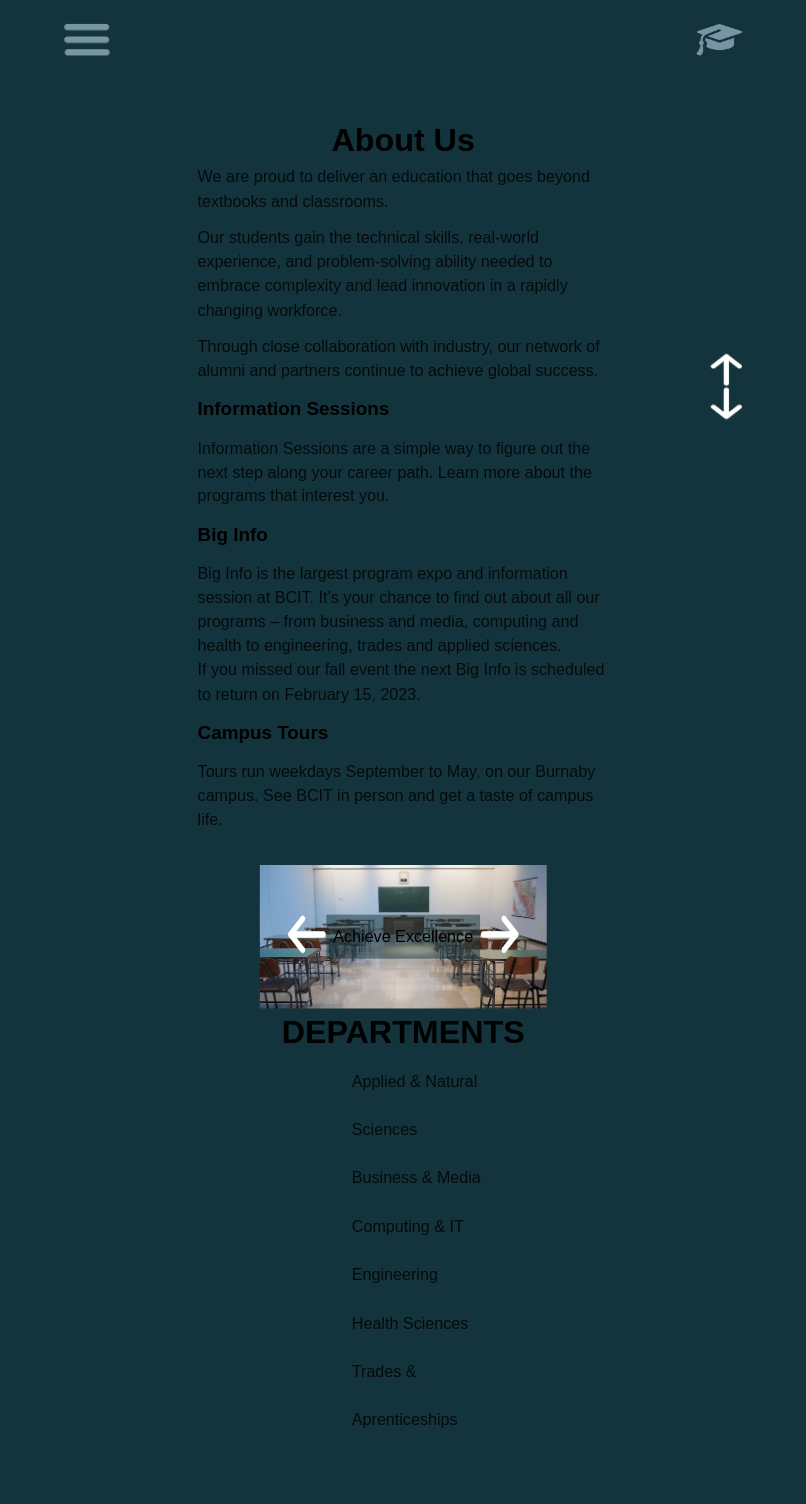
Repository: Kinakopan/playwright_bcit
Page: /about
These files come from the project's save history. The page is drawn as it stood at one moment and after the next save; the edit follows.
The browser window is 1280 px wide. The pictures show the whole page, at 63% of full size.
Some web fonts or font styles are not loaded; a fallback is used. The project was rebuilt for these pictures with package versions that can differ from the ones it lists, and the page was loaded fresh each time. The framework's server and built-in components were replaced by stand-ins that run in the browser. Also part of the build but not shown: next.config.js.

Above is the page before, as saved 2023-01-28 14:54:39.

### pages/_app.js
// import '@/styles/globals.css'
import '../styles/globals.css'
import '../styles/variables.css'
import Head from 'next/head'

export default function App({ Component, pageProps }) {
  return (
    <>
      <Head>
        <title>Example #1</title>
        <meta name="description" content="Generated by create next app" />
        <meta name="viewport" content="width=device-width, initial-scale=1" />
        <link href="https://fonts.googleapis.com/css2?family=Myriad+Pro:wght@100;400;700&display=swap" rel="stylesheet" />
        <link rel="icon" href="/favicon.ico" />
      </Head>
      <Component {...pageProps} />
    </>
  )
}

### pages/about.js
import styles from "@/styles/Home.module.css";
import Arrow from "/components/arrow";
import Navbar from "/components/navbar";
import HeadingLine from "/components/headingLine";
import MyCarousel from "/components/carousel";
import { Inter } from "@next/font/google";

const inter = Inter({ subsets: ["latin"] });

export default function About() {
  return (
    <>
      <div className={`${styles.body} ${styles.body_about}`}>
        <div className={styles.wrapper}>
          <Navbar />

          {/* Main contents under nav bar */}
          <main className={styles.main}>
            {/* About Us */}
            {/* <h1 className={styles.text_heading1}>About Us</h1> */}

            {/* <HeadingLine headingText="About Us"/> */}
            <HeadingLine headingText="About Us" headingTag="h1" />


            <div className={`${styles.cont_section} ${styles.cont_section1}`}>
              <p className={styles.text_body}>
                We are proud to deliver an education that goes beyond textbooks
                and classrooms.
              </p>

              <p className={styles.text_body}>
                Our students gain the technical skills, real-world experience,
                and problem-solving ability needed to embrace complexity and
                lead innovation in a rapidly changing workforce.
              </p>

              <p className={styles.text_body}>
                Through close collaboration with industry, our network of alumni
                and partners continue to achieve global success.
              </p>

              <h3 className={styles.text_heading2}>Information Sessions</h3>

              <p className={styles.text_body}>
                Information Sessions are a simple way to figure out the next
                step along your career path. Learn more about the programs that
                interest you.
              </p>

              <h3 className={styles.text_heading2}>Big Info</h3>

              <p className={styles.text_body}>
                Big Info is the largest program expo and information session at
                BCIT. It’s your chance to find out about all our programs – from
                business and media, computing and health to engineering, trades
                and applied sciences.
                <br />
                If you missed our fall event the next Big Info is scheduled to
                return on February 15, 2023.
              </p>

              <h3 className={styles.text_heading2}>Campus Tours</h3>

              <p className={styles.text_body}>
                Tours run weekdays September to May, on our Burnaby campus. See
                BCIT in person and get a taste of campus life.
              </p>

              <MyCarousel/>
            </div>

            {/* DEPARTMENTS */}
            <HeadingLine headingText="DEPARTMENTS"/>

            <div className={`${styles.cont_section} ${styles.cont_section2}`}>
              <ul className={styles.box_list}>
                <li>Applied & Natural Sciences</li>
                <li>Business & Media</li>
                <li>Computing & IT</li>
                <li>Engineering</li>
                <li>Health Sciences</li>
                <li>Trades & Aprenticeships</li>
              </ul>
            </div>
          </main>

          <Arrow/>
        </div>
      </div>
    </>
  );
}

### styles/variables.css
:root {
  --primary-color: |#fff;
  --secondary-color: #F4D6B9;
  --ternary-color: #7796A4;
  --quaternary-color: #14343D;
  --quinary-color: rgba(16,46,53,0.5);
}

### styles/Home.module.css
@import '/styles/variables.css';

.main {
  display: flex;
  flex-direction: column;
  justify-content: space-between;
  align-items: center;
  padding: 6rem;
  min-height: 100vh;
}

.description {
  display: inherit;
  justify-content: inherit;
  align-items: inherit;
  font-size: 0.85rem;
  max-width: var(--max-width);
  width: 100%;
  z-index: 2;
  font-family: var(--font-mono);
}

.description a {
  display: flex;
  justify-content: center;
  align-items: center;
  gap: 0.5rem;
}

.description p {
  position: relative;
  margin: 0;
  padding: 1rem;
  background-color: rgba(var(--callout-rgb), 0.5);
  border: 1px solid rgba(var(--callout-border-rgb), 0.3);
  border-radius: var(--border-radius);
}

.code {
  font-weight: 700;
  font-family: var(--font-mono);
}

.grid {
  display: grid;
  grid-template-columns: repeat(4, minmax(25%, auto));
  width: var(--max-width);
  max-width: 100%;
}

.card {
  padding: 1rem 1.2rem;
  border-radius: var(--border-radius);
  background: rgba(var(--card-rgb), 0);
  border: 1px solid rgba(var(--card-border-rgb), 0);
  transition: background 200ms, border 200ms;
}

.card span {
  display: inline-block;
  transition: transform 200ms;
}

.card h2 {
  font-weight: 600;
  margin-bottom: 0.7rem;
}

.card p {
  margin: 0;
  opacity: 0.6;
  font-size: 0.9rem;
  line-height: 1.5;
  max-width: 30ch;
}

.center {
  display: flex;
  justify-content: center;
  align-items: center;
  position: relative;
  padding: 4rem 0;
}

.center::before {
  background: var(--secondary-glow);
  border-radius: 50%;
  width: 480px;
  height: 360px;
  margin-left: -400px;
}

.center::after {
  background: var(--primary-glow);
  width: 240px;
  height: 180px;
  z-index: -1;
}

.center::before,
.center::after {
  content: '';
  left: 50%;
  position: absolute;
  filter: blur(45px);
  transform: translateZ(0);
}

.logo,
.thirteen {
  position: relative;
}

.thirteen {
  display: flex;
  justify-content: center;
  align-items: center;
  width: 75px;
  height: 75px;
  padding: 25px 10px;
  margin-left: 16px;
  transform: translateZ(0);
  border-radius: var(--border-radius);
  overflow: hidden;
  box-shadow: 0px 2px 8px -1px #0000001a;
}

.thirteen::before,
.thirteen::after {
  content: '';
  position: absolute;
  z-index: -1;
}

/* Conic Gradient Animation */
.thirteen::before {
  animation: 6s rotate linear infinite;
  width: 200%;
  height: 200%;
  background: var(--tile-border);
}

/* Inner Square */
.thirteen::after {
  inset: 0;
  padding: 1px;
  border-radius: var(--border-radius);
  background: linear-gradient(
    to bottom right,
    rgba(var(--tile-start-rgb), 1),
    rgba(var(--tile-end-rgb), 1)
  );
  background-clip: content-box;
}

/* Enable hover only on non-touch devices */
@media (hover: hover) and (pointer: fine) {
  .card:hover {
    background: rgba(var(--card-rgb), 0.1);
    border: 1px solid rgba(var(--card-border-rgb), 0.15);
  }

  .card:hover span {
    transform: translateX(4px);
  }
}

@media (prefers-reduced-motion) {
  .thirteen::before {
    animation: none;
  }

  .card:hover span {
    transform: none;
  }
}

/* Mobile */
@media (max-width: 700px) {
  .content {
    padding: 4rem;
  }

  .grid {
    grid-template-columns: 1fr;
    margin-bottom: 120px;
    max-width: 320px;
    text-align: center;
  }

  .card {
    padding: 1rem 2.5rem;
  }

  .card h2 {
    margin-bottom: 0.5rem;
  }

  .center {
    padding: 8rem 0 6rem;
  }

  .center::before {
    transform: none;
    height: 300px;
  }

  .description {
    font-size: 0.8rem;
  }

  .description a {
    padding: 1rem;
  }

  .description p,
  .description div {
    display: flex;
    justify-content: center;
    position: fixed;
    width: 100%;
  }

  .description p {
    align-items: center;
    inset: 0 0 auto;
    padding: 2rem 1rem 1.4rem;
    border-radius: 0;
    border: none;
    border-bottom: 1px solid rgba(var(--callout-border-rgb), 0.25);
    background: linear-gradient(
      to bottom,
      rgba(var(--background-start-rgb), 1),
      rgba(var(--callout-rgb), 0.5)
    );
    background-clip: padding-box;
    backdrop-filter: blur(24px);
  }

  .description div {
    align-items: flex-end;
    pointer-events: none;
    inset: auto 0 0;
    padding: 2rem;
    height: 200px;
    background: linear-gradient(
      to bottom,
      transparent 0%,
      rgb(var(--background-end-rgb)) 40%
    );
    z-index: 1;
  }
}

/* Tablet and Smaller Desktop */
@media (min-width: 701px) and (max-width: 1120px) {
  .grid {
    grid-template-columns: repeat(2, 50%);
  }
}

@media (prefers-color-scheme: dark) {
  .vercelLogo {
    filter: invert(1);
  }

  .logo,
  .thirteen img {
    filter: invert(1) drop-shadow(0 0 0.3rem #ffffff70);
  }
}

@keyframes rotate {
  from {
    transform: rotate(360deg);
  }
  to {
    transform: rotate(0deg);
  }
}



/*****************************
******************************
            AUTHOR
******************************
*****************************/

/*============================
    From here - Common Style
============================*/
/* From here - components/navbar.js */
.nav {
  display: flex;
  flex-direction: row;
  justify-content: space-between;
  width: 100%;
  padding: 3% 8% 0 8%;
}

.burgar,
.hat {
  width: fit-content;
}

/* From here - components/arrow.js */
.arrowBox {
  flex: 1;
  display: flex;
  flex-direction: column;
  justify-content: space-between;
  align-items: flex-end;
  position: fixed;
  width: fit-content;
  height: 12%;
  right: 8%;
  bottom: 10%;
}

.arrowBox * {
  background: transparent;
  border: none;
}

/* From here - general */
.body,
.wrapper {
  display: flex;
  flex-direction: column;
  width: 100vw;
}

.body {
  /* font-size: 62.5%; */
  background-size: cover;
  background-position: center;
  background-repeat: no-repeat;
  line-height: 1.5;
  font-family: 'Myriad Pro', sans-serif;
  font-weight: 100;
  text-align: left;
}

.wrapper {
  font-size: 1.6rem;
  background-size: cover;
}

.main {
  display: flex;
  width: 100%;
}

/*============================
    From here - Home Page
============================*/
.body_home {
  height: 100vh;
  overflow: hidden;
}

.body_home .main {
  flex-direction: row;
  justify-content: flex-start;
  align-items: flex-end;
  padding: 0 0 12% 21%;
}

.body_home .cont_main {
  display: flex;
  flex-direction: column;
  width: 48%;
}

.body_home .cont_main * {
  color: var(--primary-color);
}

.body_home .text_heading1 {
  font-family: 'Myriad Pro', sans-serif;
  /* font-size: 3.6rem; */
  font-size: 220%;
  line-height: 1.3;
  padding-bottom: 3%;
  margin-bottom: 3%;
  border-bottom: 4px solid;
  border-image: linear-gradient(to right, rgba(244,214,185,1) 0%, rgba(244,214,185,1) 69%, rgba(244,214,185,0) 69%, rgba(244,214,185,0) 100%) 1;
}

.body_home .text_body,
.body_home .box_btn * {
  opacity: .9;
}

.body_home .box_btn {
  display: flex;
  flex-direction: row;
}

.body_home .box_btn * {
  font-size: 1.4rem;
  background: transparent;
  padding: .3% 3%;
  border: 3px solid;
  border-color: var(--primary-color);
  border-radius: 10px;
  margin: 3% 2.5% 0 0;
}

.body_home .btn_about:hover {
  color: transparent;
  background: white;
}

/*============================
    From here - About Page
============================*/
.body_about {
  background: var(--quaternary-color);
}

.body_about .text_heading1 {
  display: flex;
  align-items: center;
  width: 100%;
  padding: 5% 0;
}

.body_about .text_heading1:before,
.body_about .text_heading1:after {
  content: "";
  height: 4px;
  flex-grow: 1;
  background: var(--secondary-color);
}

.body_about .text_heading1:before {
  margin-right: 5%;
}

.body_about .text_heading1:after {
  margin-left: 5%;
}

.body_about .cont_section {
  display: flex;
  flex-direction: column;
  justify-content: flex-start;
}

.body_about .cont_section1 {
  width: 60%;
}

.body_about .cont_section2 {
  width: 25%;
  padding-left: 5%;
}

.body_about .text_heading2,
.body_about .text_body {
  margin-bottom: 3%;
}

.body_about .text_heading2 {
  justify-content: flex-start;
}

.body_about .text_body,
.body_about .box_list *  {
  opacity: .8;
}

.body_about .box_list * {
  list-style: none;
  line-height: 3;
}

/* Carousel */
.carousel_cont {
  display: flex;
  align-self: center;
  width: 70%;
  margin-top: 5%;
  padding-top: 35%;
  overflow: hidden;
  position: relative;
}

.carousel_wrapper {
  display: flex;
  justify-content: center;
  width: 100%;
  height: 100%;
  position: absolute;
  top: 0;
  left: 0;
}

.carousel_slide {
  width: 100%;
  height: 100%;
  background-size: cover;
  background-position: top center;
}

.carousel_position {
  position: absolute;
  top: 50%;
  transform: translateY(-50%);
}

.carousel_text {
  display: flex;
  justify-content: center;
  align-items: center;
}

.carousel_text:before {
  content: "";
  background: var(--quaternary-color);
  position: absolute;
  z-index: -1;
  width: 100%;
  height: 100%;
  padding: 7% 5%;
  opacity: .5;
}

.carousel_slide:not(.carousel_active),
.carousel_text:not(.carousel_active) {
  display: none;
}

.carousel_prevBtn,
.carousel_nextBtn {
  font-size: 2rem;
  cursor: pointer;
  border: none;
  background: transparent;
}

.carousel_prevBtn {
  left: 10%;
}

.carousel_nextBtn {
  right: 10%;
}


/*============================
    From here - Contact Page
============================*/

### components/arrow.js
import Image from 'next/image';
import styles from '@/styles/Home.module.css';

export default function Arrow() {
  return (
    <div className={styles.arrowBox}>
      <button
        className={styles.arrowDown}
        onClick={() => setUpArrowClicked(true)}
      >
        <Image
          src='/icons/upwardArrow.png'
          alt="Upward arrow icon"
          width={50}
          height={50}
        />
      </button>

      <button
        className={styles.arrowDown}
        onClick={() => setDownArrowClicked(true)}
      >
        <Image
          src='/icons/downwardArrow.png'
          alt="Downward arrow icon"
          width={50}
          height={50}
        />
      </button>
    </div>
  )
}

### components/navbar.js
import Image from 'next/image';
import styles from '@/styles/Home.module.css';

export default function Navbar() {
  return (
    <nav className={styles.nav}>
      <Image
        className={styles.burgar}
        src='/icons/menu-icon.png'
        alt="menu icon"
        width={50}
        height={50}
      />
      <Image
        className={styles.hat}
        src='/icons/graduation-hat.png'
        alt="Graduation hat icon"
        width={50}
        height={50}
      />
    </nav>
  )
}

### components/headingLine.js
import styles from '@/styles/Home.module.css';


// export default function HeadingLine({headingText}) {

//   return (
//     <h1 className={styles.text_heading1}>{headingText}</h1>
//   )
// }


import React from 'react';

const HeadingLine = ({ headingText, headingTag = 'h1' }) => {
  return (
    <div>
      {React.createElement(headingTag, { className: 'text-heading' }, headingText)}
    </div>
  );
};

export default HeadingLine;

### components/carousel.js
import React, { useState } from 'react'
import styles from "@/styles/Home.module.css";
import Image from 'next/image'

const MyCarousel = () => {
  const [currentSlide, setCurrentSlide] = useState(0)
  const images = [
      '/carousel-images/0.jpg',
      '/carousel-images/1.jpg',
      '/carousel-images/2.jpg',
      '/carousel-images/3.jpg',
      '/carousel-images/4.jpg',
  ]
  const texts = [
      'Achieve Excellence',
      'Embrace Innovation',
      'Champion Diversity',
      'Pursue Collaboration',
      'Engage With Respect',
  ]

  return (
      <div className={styles.carousel_cont}>
        <div className={styles.carousel_wrapper}>
          {images.map((image, index) => (
            <div
              key={index}
              className={`${styles.carousel_slide} ${currentSlide === index ? styles.carousel_active : ''}`}
              style={{
                backgroundImage: `url(${image})`
              }}
            />
          ))}

          {texts.map((text, index) => (
            <p
              key={index}
              className={`${styles.carousel_text} ${styles.carousel_position} ${currentSlide === index ? styles.carousel_active : ''}`}
            >{text}</p>
          ))}

          <button
            className={`${styles.carousel_prevBtn} ${styles.carousel_position}`}
            onClick={() => setCurrentSlide((currentSlide - 1 + images.length) % images.length)}
            >
            <Image
              src="/icons/leftArrow.png"
              alt="Arrow icon to show the previous slide"
              width={60}
              height={60}
            />
          </button>
          <button
            className={`${styles.carousel_nextBtn} ${styles.carousel_position}`}
            onClick={() => setCurrentSlide((currentSlide + 1) % images.length)}
            >
            <Image
              src="/icons/rightArrow.png"
              alt="Arrow icon to show the next slide"
              width={60}
              height={60}
            />
          </button>
        </div>
      </div>
  )
}

export default MyCarousel

Loaded but not shown: pages/_document.js (common file); styles/globals.css (common file)

After the next save:
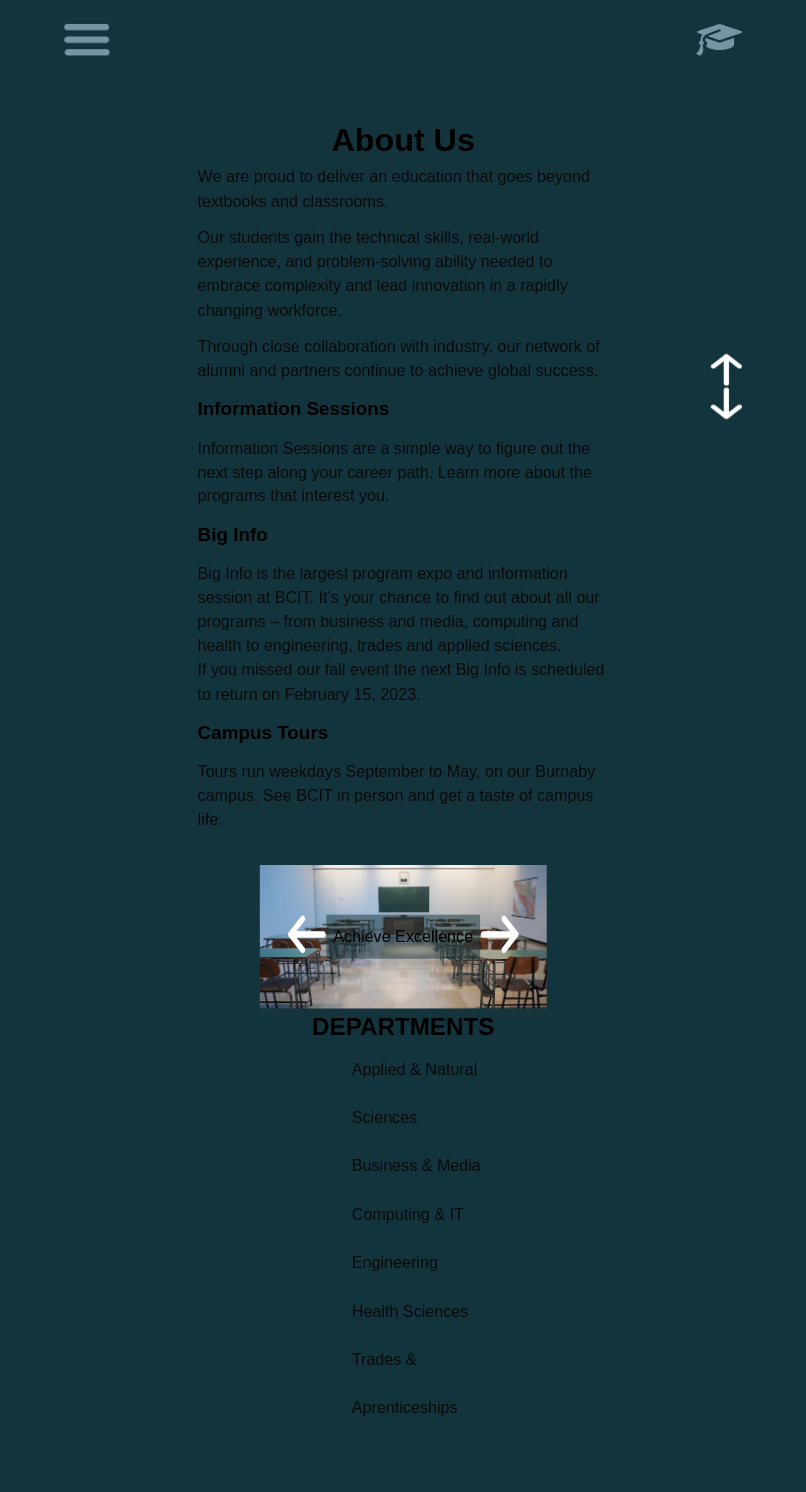
Saved 23 s later.
--- a/pages/about.js
+++ b/pages/about.js
@@ -71,7 +71,8 @@ export default function About() {
             </div>
 
             {/* DEPARTMENTS */}
-            <HeadingLine headingText="DEPARTMENTS"/>
+            {/* <HeadingLine headingText="DEPARTMENTS"/> */}
+            <HeadingLine headingText="DEPARTMENTS" headingTag="h2" />
 
             <div className={`${styles.cont_section} ${styles.cont_section2}`}>
               <ul className={styles.box_list}>
